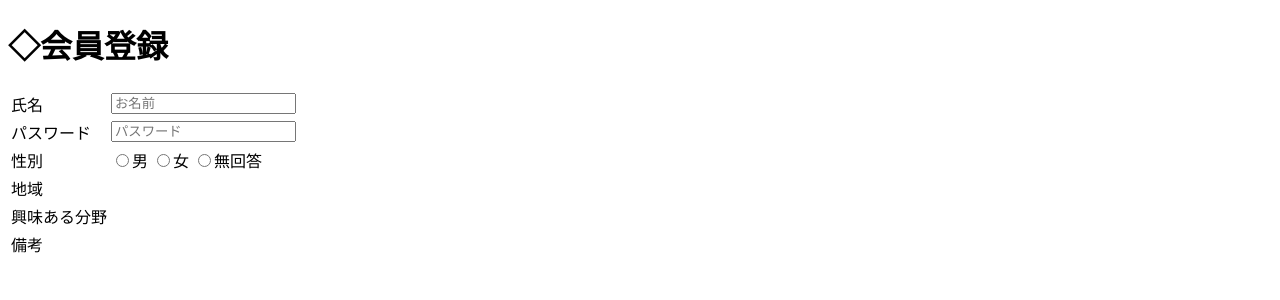
Repository: hideck/STSWorkspace
Page: Registration/src/main/resources/static/input.html
An editor plug-in stored every save of this project. The page is shown before and after the next save, followed by the edit.
The browser window is 1280 px wide. The pictures show the whole page.

Above is the page before, as saved 2022-06-22 12:37:30.

After the next save:
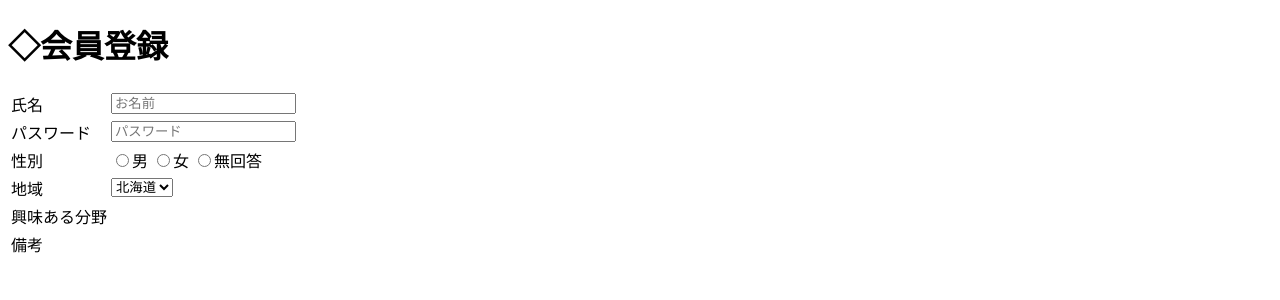
Saved 4 min 33 s later.
--- a/Registration/src/main/resources/static/input.html
+++ b/Registration/src/main/resources/static/input.html
@@ -23,7 +23,16 @@
 		</tr>
 		<tr>
 			<td>地域</td>
-			<td></td>
+			<td><select name="area">
+			<option value="">北海道</option>
+			<option value="">東北</option>
+			<option value="">関東</option>
+			<option value="">中部</option>
+			<option value="">関西</option>
+			<option value="">中国</option>
+			<option value="">四国</option>
+			<option value="">九州・</option>
+			</select></td>
 		</tr>
 		<tr>
 			<td>興味ある分野</td>
